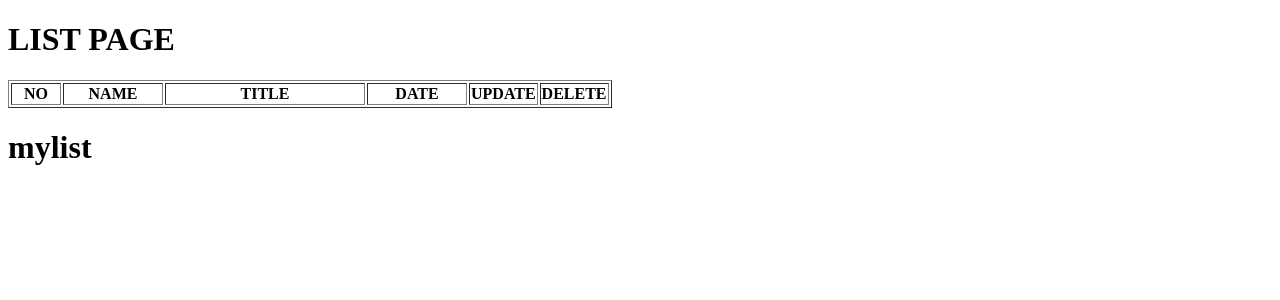
Repository: alstja98/Jsp-Servlet-
Page: http://localhost/Jsp01_MyBoard/
An editor plug-in stored every save of this project. The page is shown before and after the next save, followed by the edit.
The browser window is 1280 px wide. The pictures show the whole page.
The page is served by Tomcat 9. Queries for data that is not in the repository find no rows.

Above is the page before, as saved 2022-05-25 06:30:11.

After the next save:
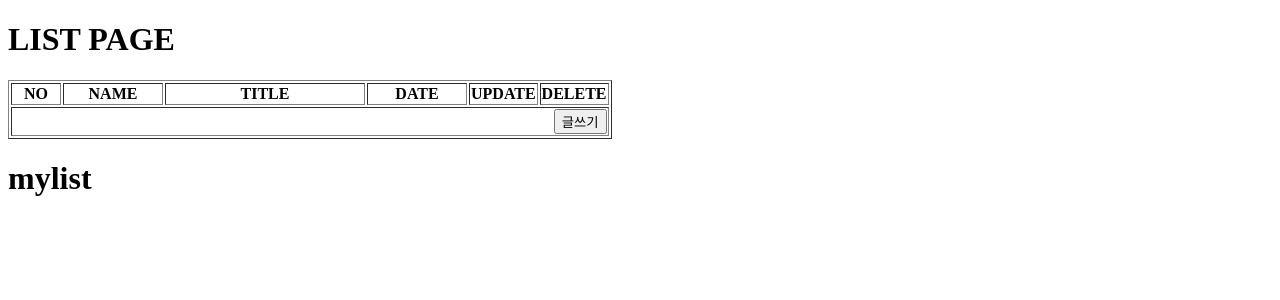
Saved 91 s later.
--- a/Jsp01_MyBoard/WebContent/mylist.jsp
+++ b/Jsp01_MyBoard/WebContent/mylist.jsp
@@ -47,6 +47,11 @@
 	}
 %>
 
+	<tr>
+		<td colspan="6" align="right">
+		<button onclick="">글쓰기</button>
+		</td>
+	</tr>
 	</table>
 
 <body>
